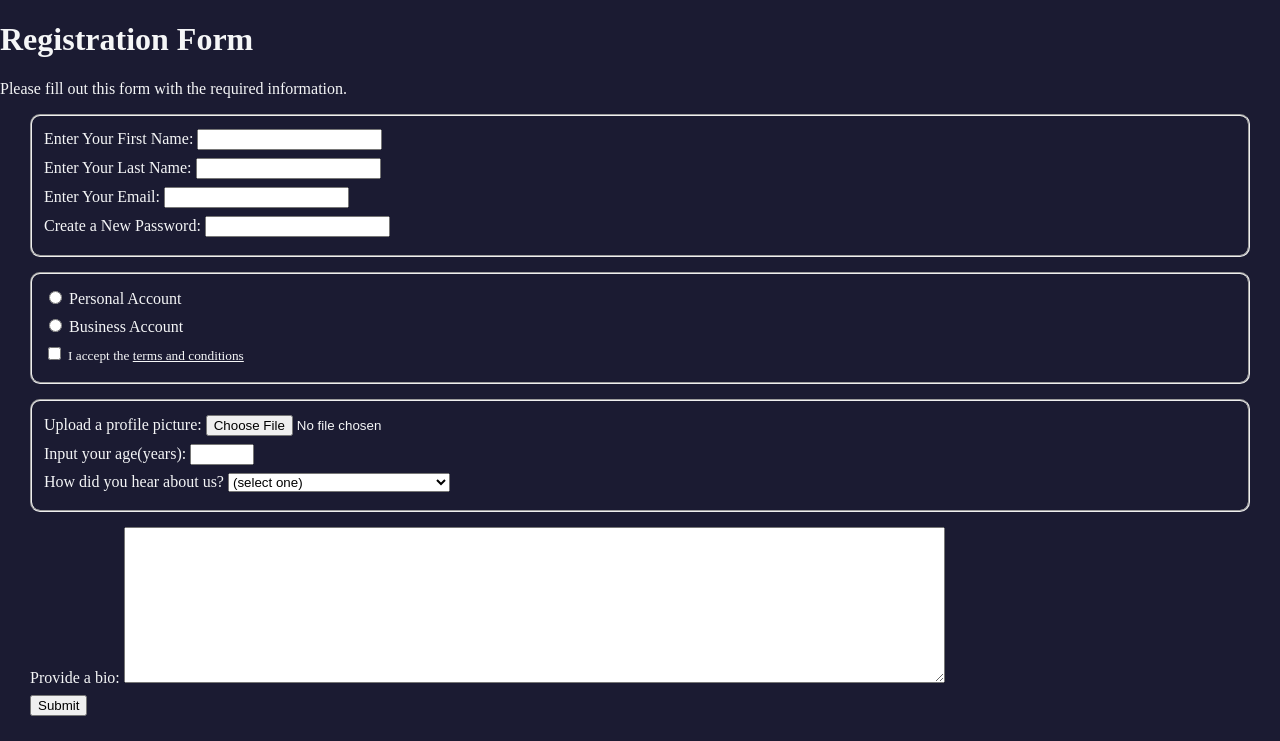
Repository: Lungdjos/registration_form
Page: index.html
The author's editor kept a copy of each file at every save. The page is drawn from the files as they stood at one save, then again after a run of saves.
The browser window is 1280 px wide. The pictures show the whole page.

Above is the page before, as saved 2023-09-28 16:03:13.

After the next 2 saves:
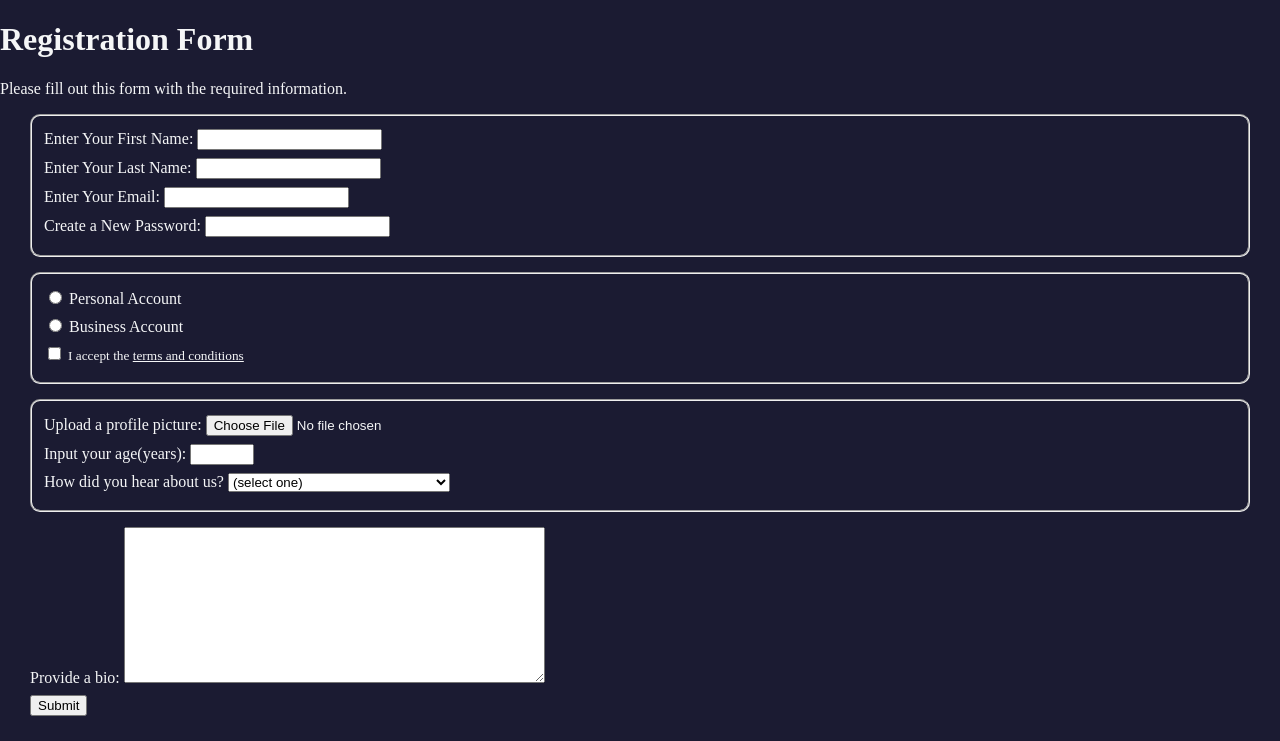
The 2 saves are shown as one change because they came seconds apart.
The last was saved 7 s later.
--- a/index.html
+++ b/index.html
@@ -37,7 +37,7 @@
                 </select>
             </label>
         </fieldset>
-        <label for="">Provide a bio: <textarea name="" id="" cols="100" rows="10"></textarea> </label>
+        <label for="">Provide a bio: <textarea name="" id="" cols="50" rows="10"></textarea> </label>
         <input type="submit" value="Submit" name="" id="">
     </form>
 </body>
